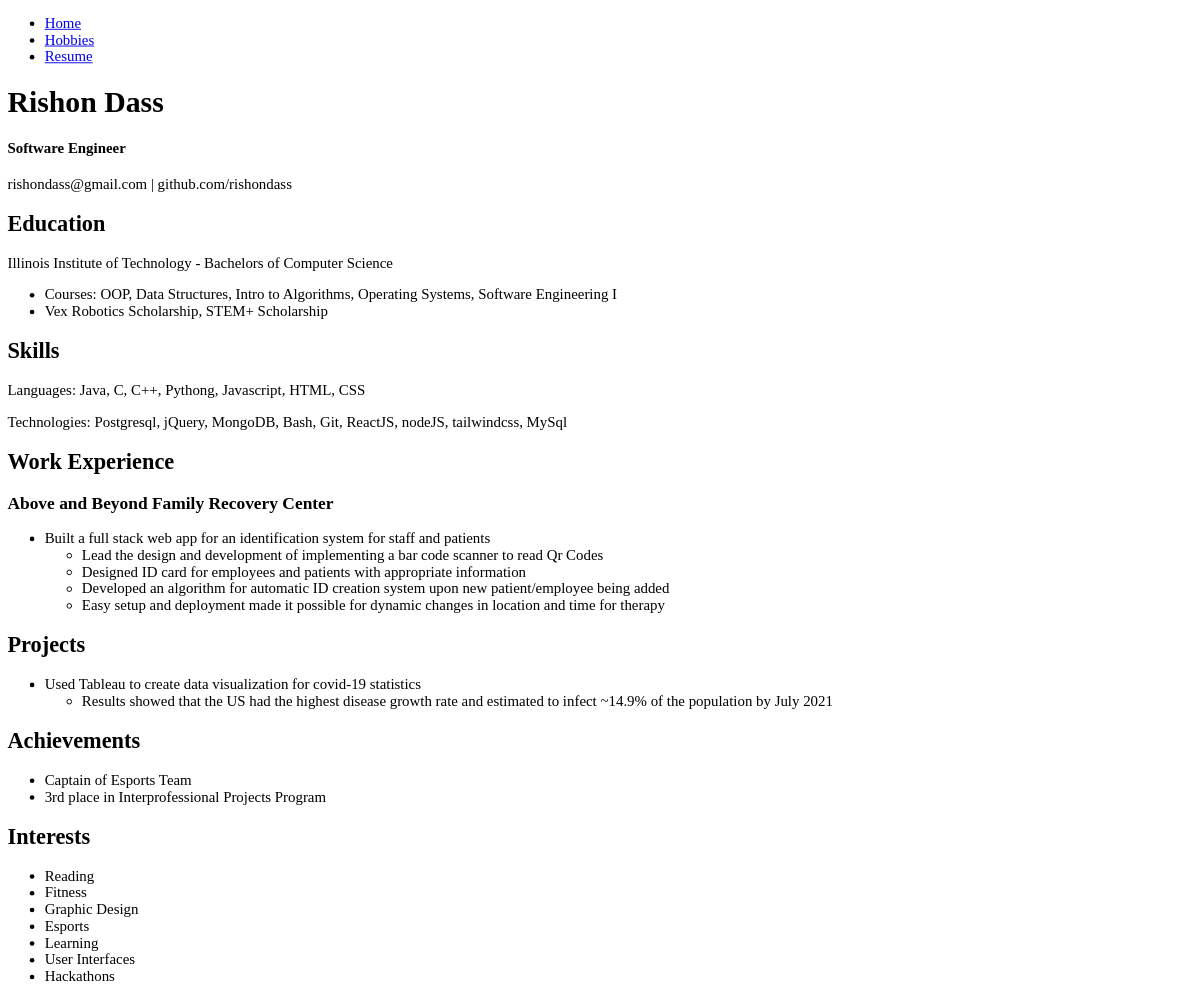
Repository: rishondass/ITMD361-Project2
Page: resume.html
An editor plug-in stored every save of this project. The page is shown before and after the next save, followed by the edit.
The browser window is 1280 px wide. The pictures show the whole page, at 93% of full size.

Above is the page before, as saved 2023-03-07 21:21:23.

After the next save:
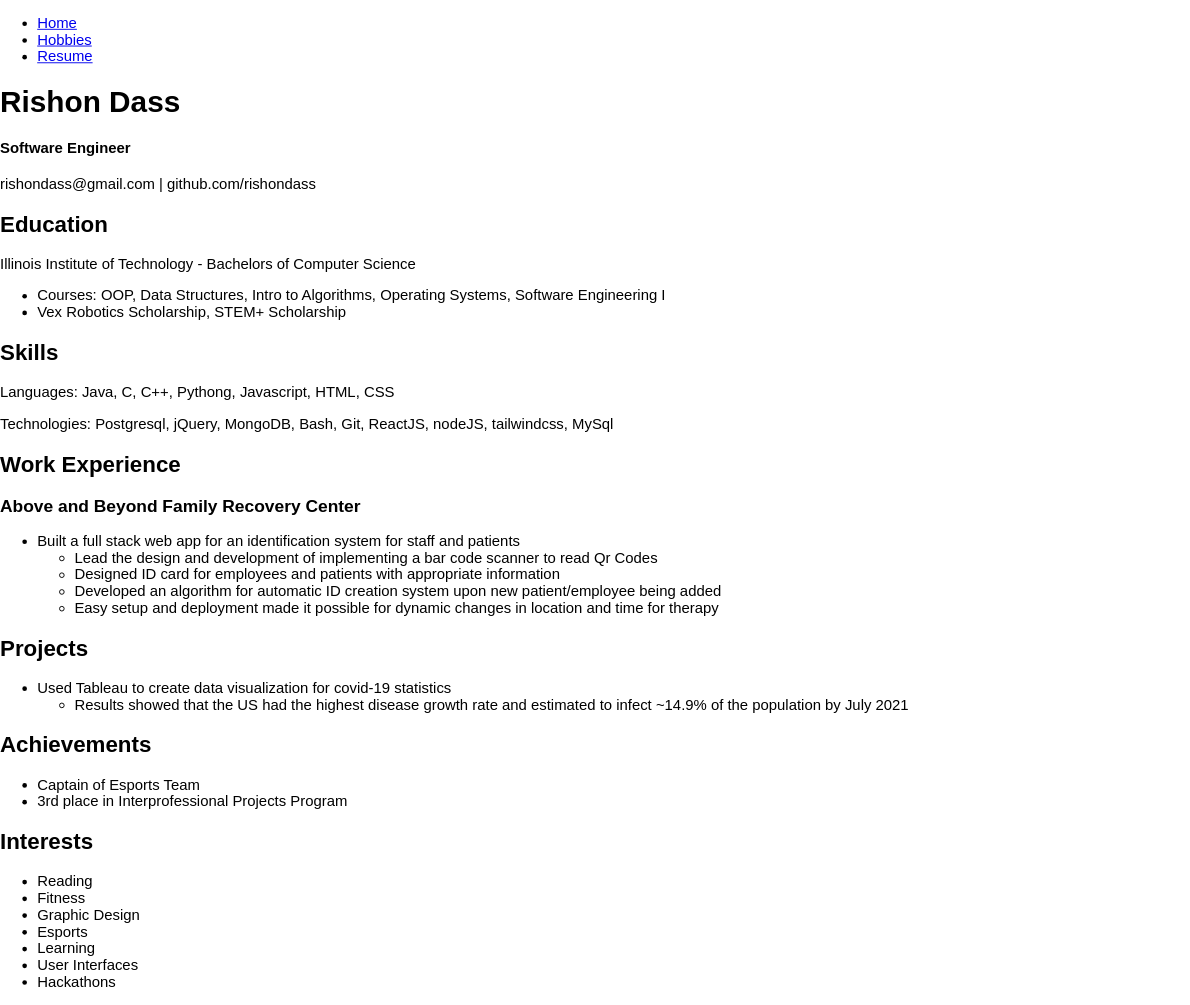
Saved 3 s later.
--- a/resume.html
+++ b/resume.html
@@ -3,6 +3,8 @@
 <head>
     <meta charset="UTF-8">
     <meta name="viewport" content="width=device-width, initial-scale=1.0">
+    <link rel="stylesheet" href="css/style.css">
+    <link rel="stylesheet" href="css/normalize.css">
     <title>Resume</title>
 </head>
 <body>
